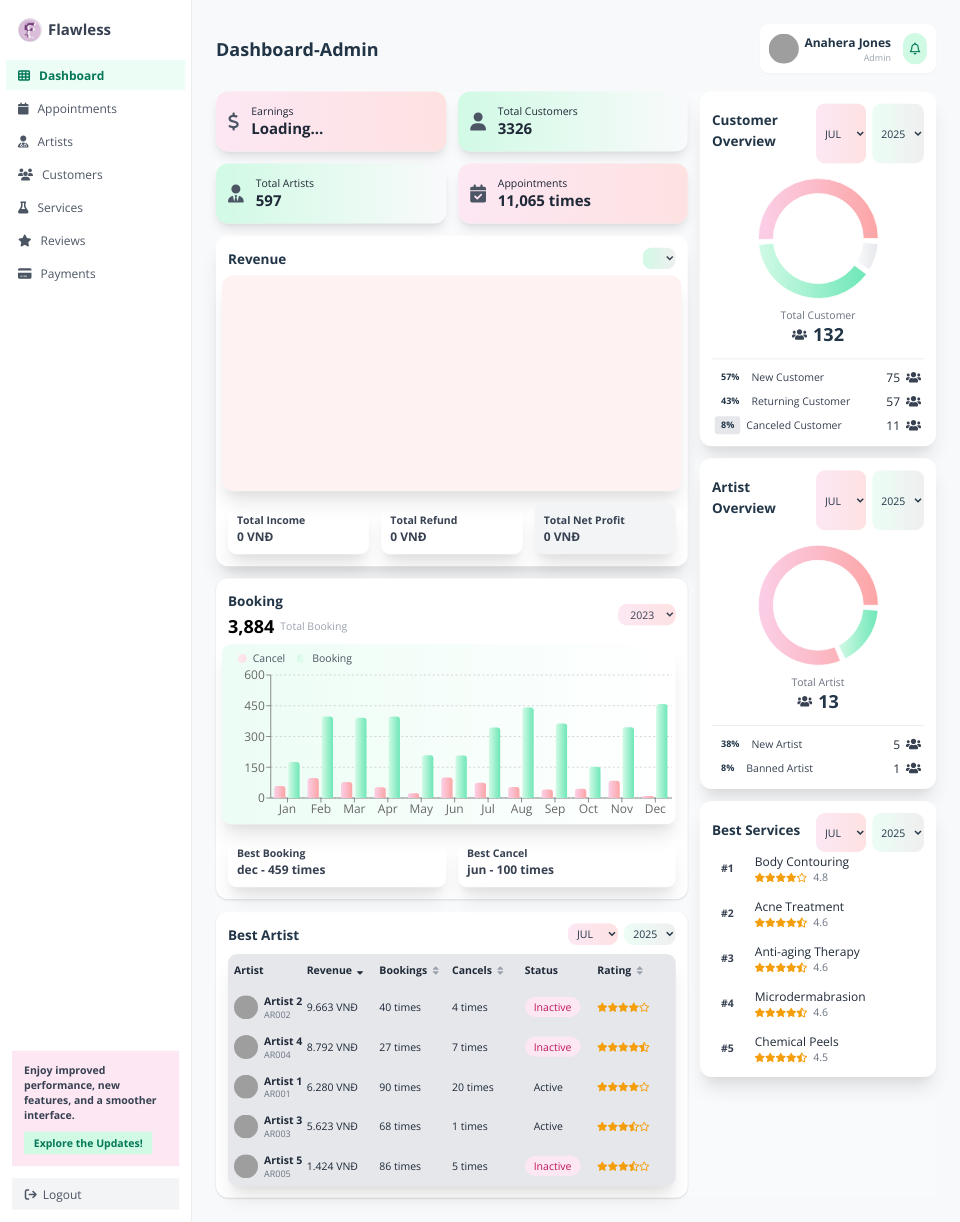
Repository: NguyenNgoQuangHoang/flawless
Page: /dashboard-admin
The author's editor kept a copy of each file at every save. The page is drawn from the files as they stood at one save, then again after the next save.
The browser window is 1280 px wide. The pictures show the whole page, at 75% of full size.
Pictures or frames that could not be fetched are drawn as grey boxes. The project was rebuilt for these pictures with package versions that can differ from the ones it lists, and the page was loaded fresh each time. Also part of the build but not shown: vite.config.ts, src/components/SearchFilterBar.tsx, src/components/CustomerTableRow.tsx, src/components/ItemsPerPageSelector.tsx, src/components/Pagination.tsx, src/components/CustomerTable.tsx, src/pages/Appointments.tsx, src/components/CustomerListTable.tsx and 17 more.

Above is the page before, as saved 2025-07-13 10:55:52.

After the next save:
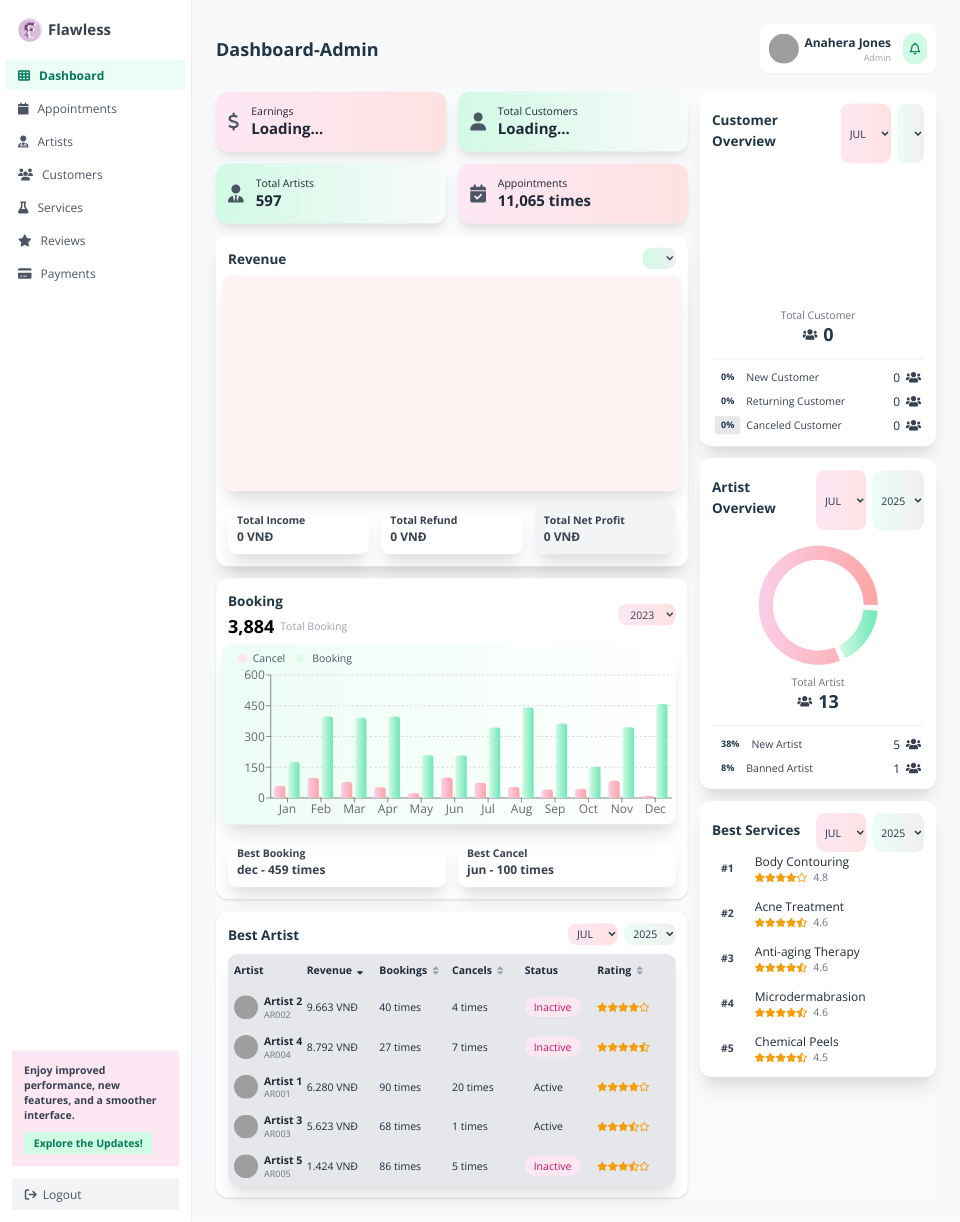
Saved 5 h 21 min later.
--- a/src/redux/slices/customerSlice.ts
+++ b/src/redux/slices/customerSlice.ts
@@ -1,21 +1,70 @@
 import { createSlice, createAsyncThunk } from "@reduxjs/toolkit";
+import axios from "axios";
+import type { RootState } from "../store";
+
+export interface CustomerData {
+  totalCustomerAllYear: number;
+  perYear: Array<{
+    year: number;
+    totalPerYear: number;
+    months: {
+      [key: string]: {
+        totalCustomer: number;
+        newCustomer: number;
+        returnCustomer: number;
+        cancelCustomer: number;
+      };
+    };
+  }>;
+  isSuccess: boolean;
+  errorMessage: string;
+}
+
+interface CustomerState {
+  data: CustomerData | null;
+  loading: boolean;
+  error: string | null;
+}
 
 export const fetchTotalCustomer = createAsyncThunk(
   "customer/fetchTotalCustomer",
-  async () => {
-    const res = await fetch("/api/totalCustomer.json");
-    if (!res.ok) throw new Error("Failed to fetch totalCustomer.json");
-    return await res.json();
+  async (_, { getState, rejectWithValue }) => {
+    try {
+      const state = getState() as RootState;
+      const token = state.auth.token;
+
+      if (!token) {
+        throw new Error("No token available");
+      }
+
+      const response = await axios.get<CustomerData>(
+        "https://flawless-a2exc2hwcge8bbfz.canadacentral-01.azurewebsites.net/api/dashboard/get-total-customer",
+        {
+          headers: {
+            Authorization: `Bearer ${token}`,
+            accept: "*/*",
+          },
+        }
+      );
+
+      return response.data;
+    } catch (error: any) {
+      return rejectWithValue(
+        error.response?.data?.errorMessage || error.message || "Failed to fetch customer data"
+      );
+    }
   }
 );
 
+const initialState: CustomerState = {
+  data: null,
+  loading: false,
+  error: null,
+};
+
 const customerSlice = createSlice({
   name: "customer",
-  initialState: {
-    data: null as any, // instead of `null`
-    loading: false,
-    error: null as string | null,
-  },
+  initialState,
   reducers: {},
   extraReducers: (builder) => {
     builder
@@ -29,7 +78,7 @@ const customerSlice = createSlice({
       })
       .addCase(fetchTotalCustomer.rejected, (state, action) => {
         state.loading = false;
-        state.error = action.error.message || "Error fetching data";
+        state.error = action.payload as string || "Failed to fetch customer data";
       });
   },
 });
